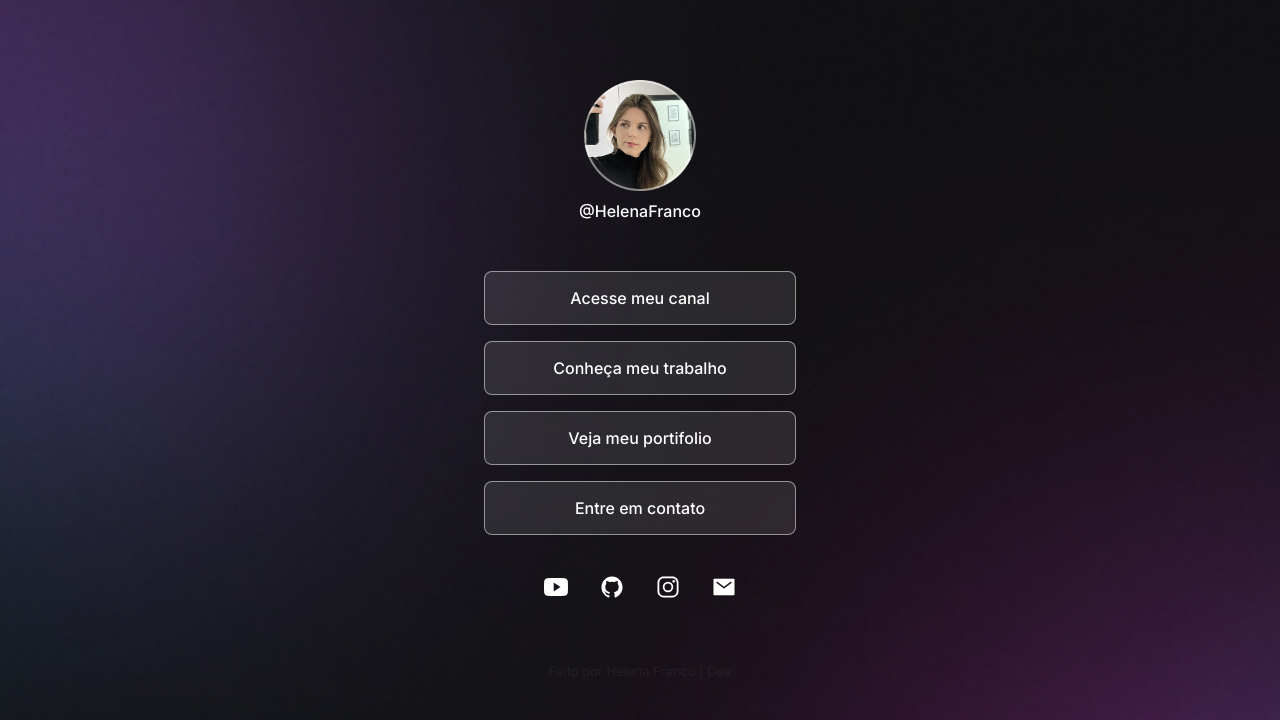
Repository: Fr4nc021/Pagina-de-links-
Page: index.html
These files come from the project's save history. The page is drawn as it stood at one moment and after the next save; the edit follows.
The browser window is 1280 px wide. The pictures show the whole page.

Above is the page before, as saved 2025-02-13 20:46:45.

After the next save:
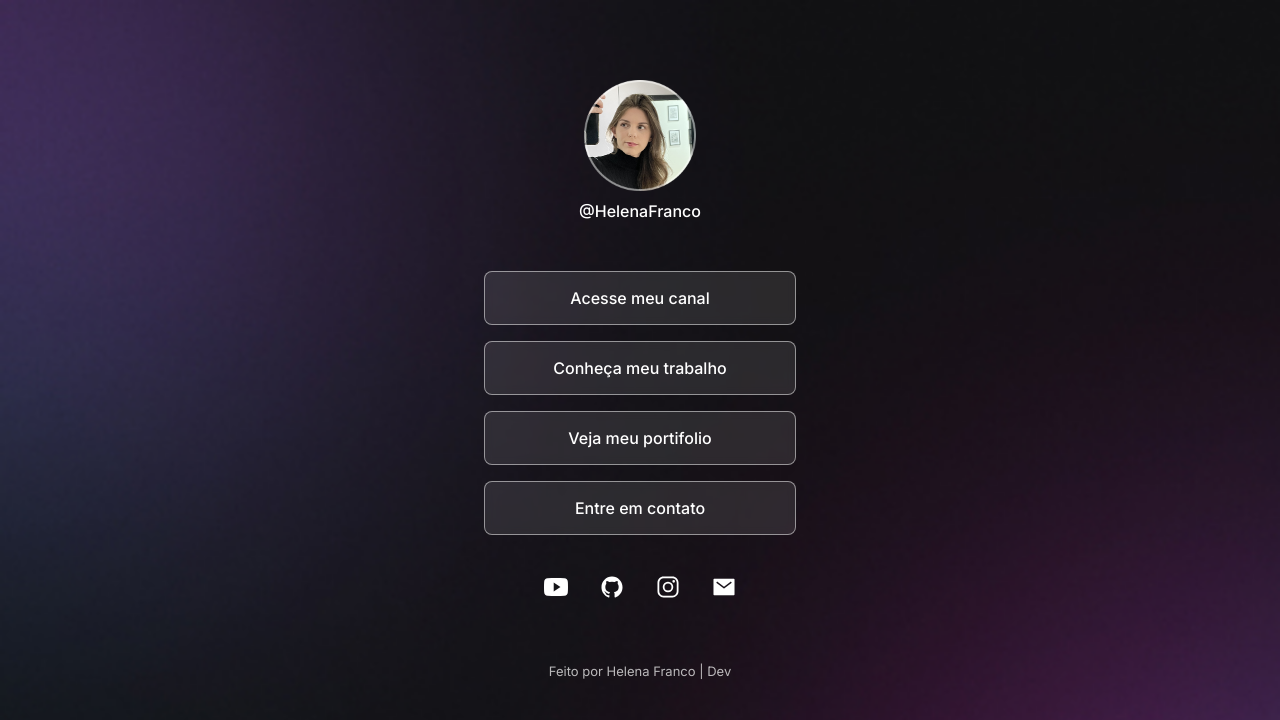
Saved 6 s later.
--- a/style.css
+++ b/style.css
@@ -106,6 +106,6 @@ ul li a {
         text-align: center;
         margin-top: 24px;
         font-size: small;
-        opacity: 0.05;
+        opacity: 0.7;
 
     }
